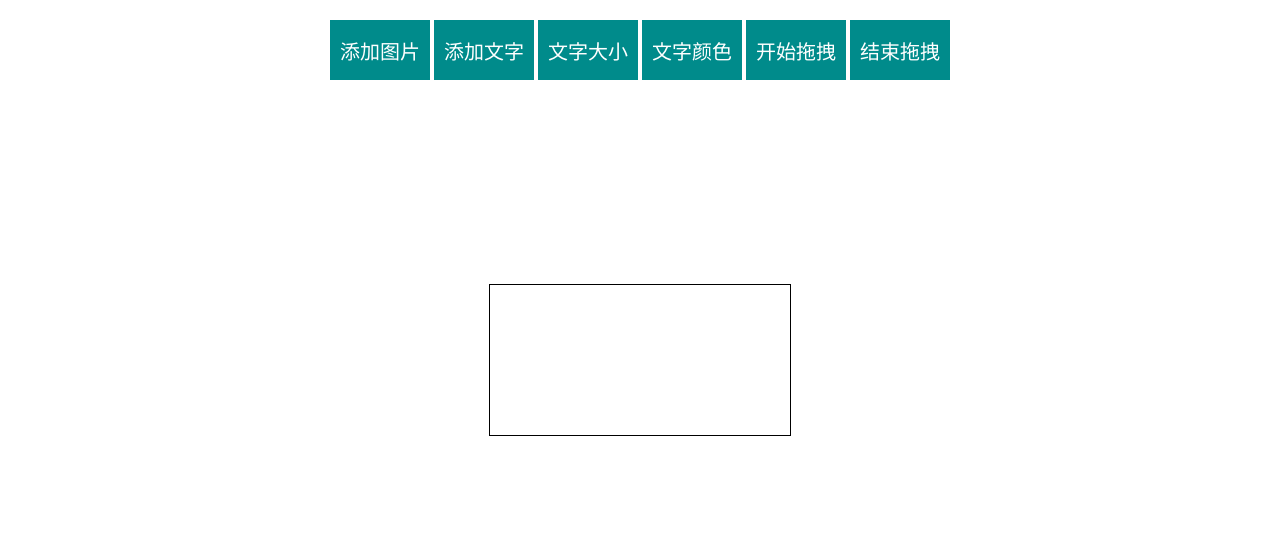
Repository: Xekin-FE/canvas-image-editor
Page: index.html
These files come from the project's save history. The page is drawn as it stood at one moment and after the next save; the edit follows.
The browser window is 1280 px wide. The pictures show the whole page.
After loading, the first visible `button` was clicked once.

Above is the page before, as saved 2018-12-14 17:31:14.
Console error: TypeError: Cannot read properties of undefined (reading 'initUpdate')

After the next save:
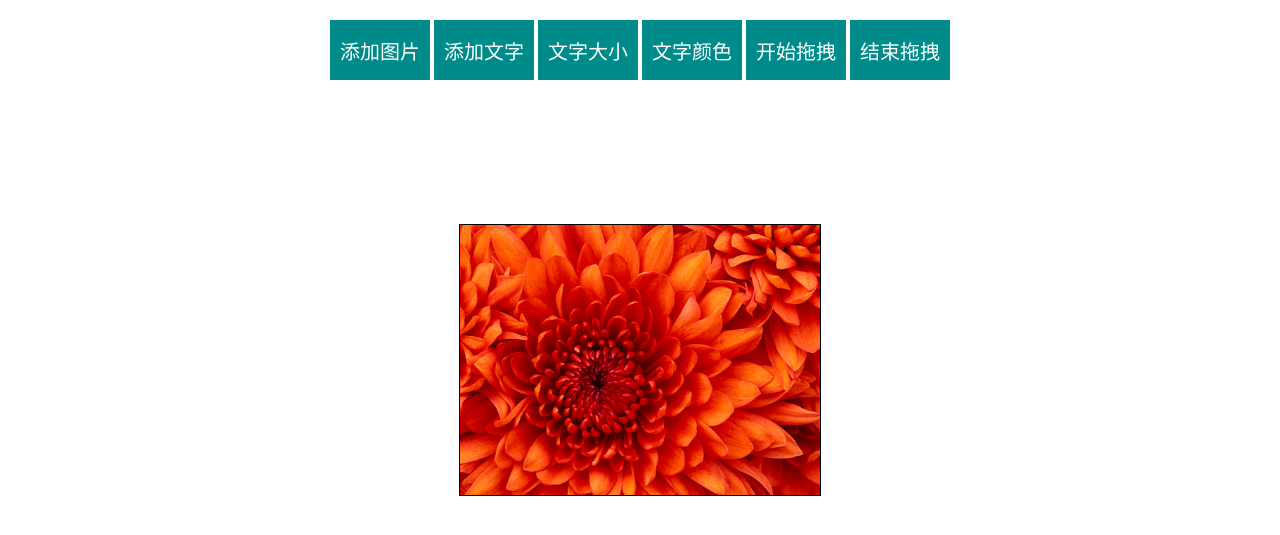
The error is gone.
Saved 16 s later.
--- a/index.html
+++ b/index.html
@@ -27,7 +27,7 @@
         let canvas = new Canvas(can1)
         let editor = new Editor(can2)
         const addImage = () => {
-            canvas.renderImage('./static/image/test1.jpg');
+            canvas.renderImage('./static/image/test1.jpg', editor);
         };
         const addText = () => {
             editor.createText();
